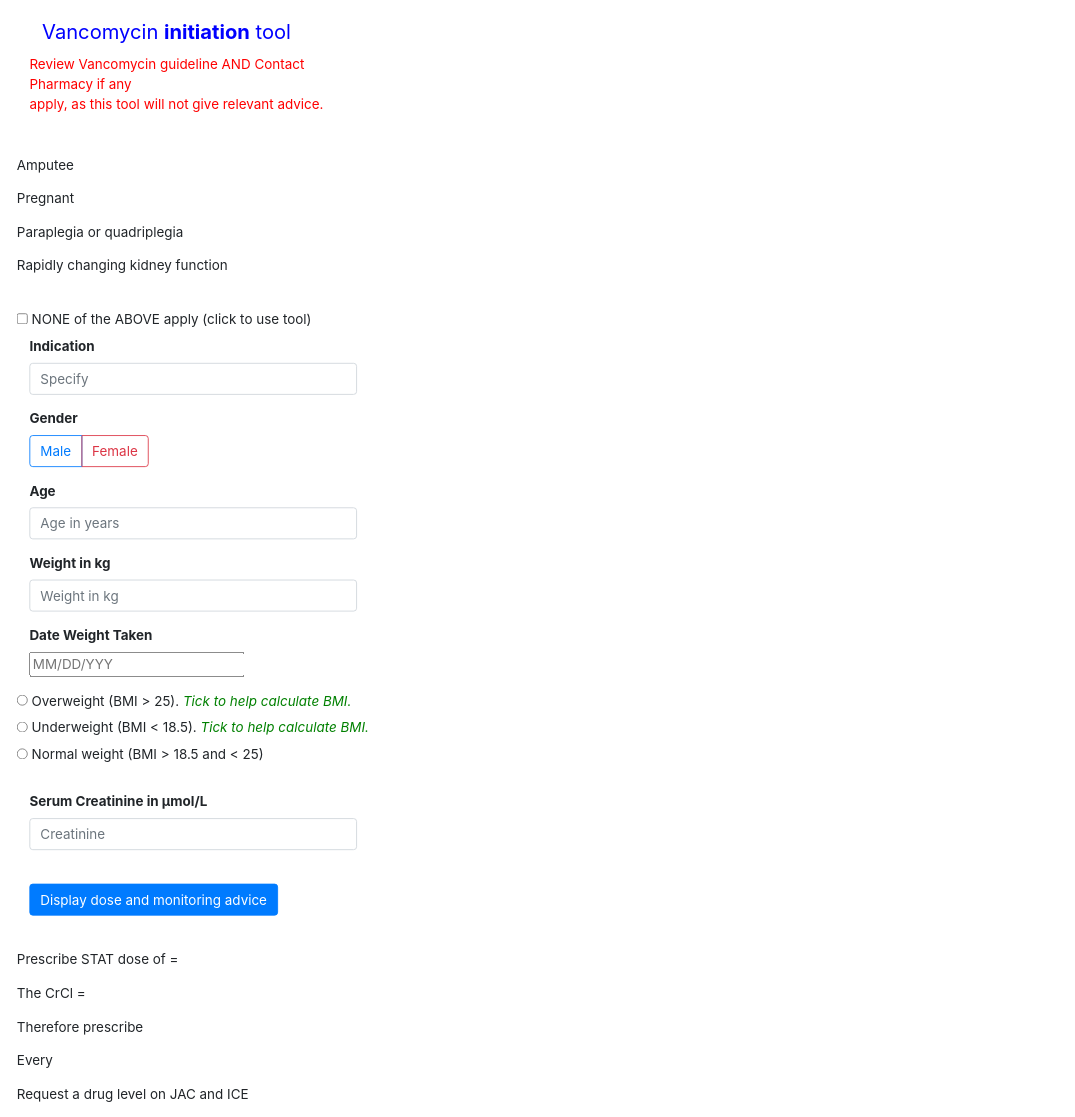
Repository: Mismiles/project-clinical-calculator
Page: index.html
The author's editor kept a record of every edit. The page is drawn from the files as they stood at one moment, then again after the next edit.
The browser window is 1280 px wide. The pictures show the whole page, at 84% of full size.

Above is the page before.
Console error: TypeError: Cannot read properties of undefined (reading 'age')

After the next edit:
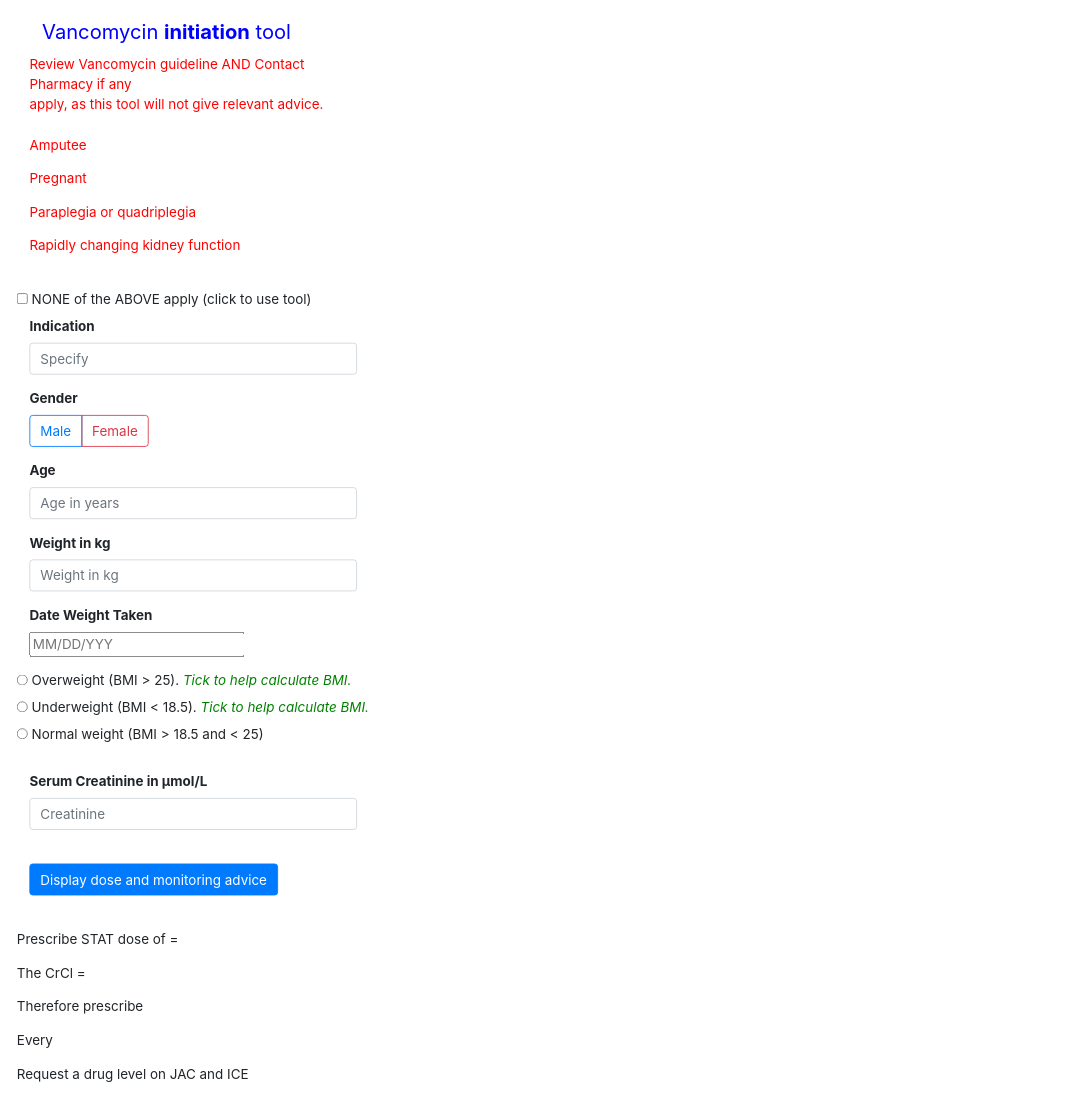
The edit:
--- a/index.html
+++ b/index.html
@@ -26,7 +26,7 @@
 <legend>Vancomycin <b>initiation</b> tool</legend>
 
 <!-- Parameters -->
-  <div class="col-md-4 statement" for="parameters" style="color:red">Review Vancomycin guideline AND Contact Pharmacy if any<br> apply, as this tool will not give relevant advice.</div>
+  <div class="col-lg-4 statement" for="parameters" style="color:red">Review Vancomycin guideline AND Contact Pharmacy if any<br> apply, as this tool will not give relevant advice.
     <br>
     <br>
     <p>Amputee</p>
